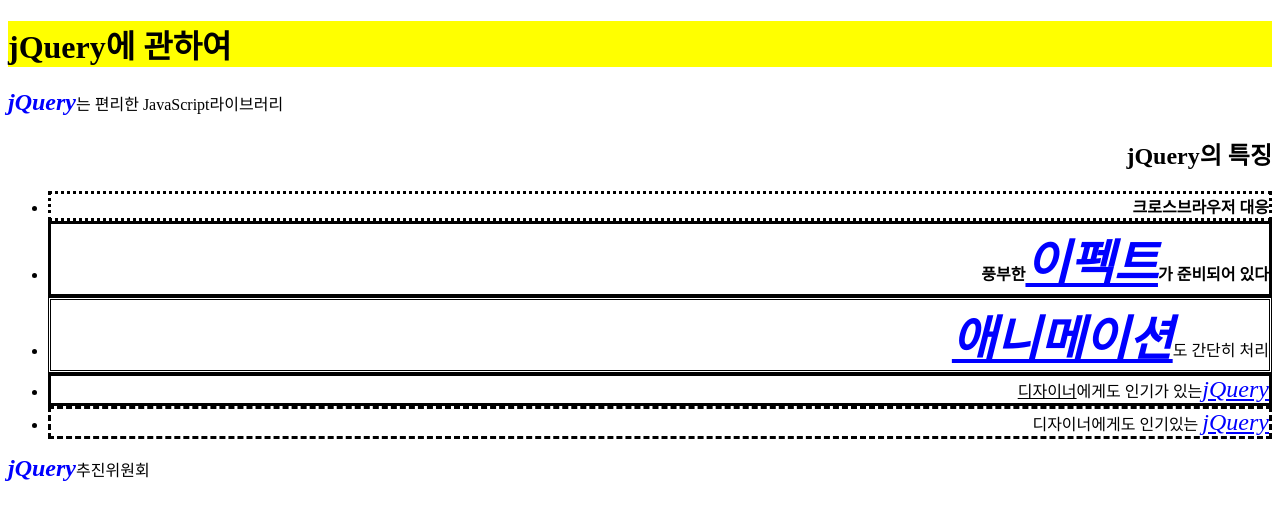
Repository: bluegony/spring_study
Page: jquerytest/src/main/webapp/jquery1.html
These files come from the project's save history. The page is drawn as it stood at one moment and after the next save; the edit follows.
The browser window is 1280 px wide. The pictures show the whole page.
Some web libraries are served in a nearby version.

Above is the page before, as saved 2013-09-04 05:30:07.

### jquerytest/src/main/webapp/jquery1.html


<!--
<!DOCTYPE HTML PUBLIC "-//W3C//DTD HTML 4.01 Transitional//EN"
"http://www.w3.org/TR/html4/loose.dtd">
<html><head>
<meta http-equiv="Content-Script-Type" content="text/javascript">
<meta http-equiv="Content-type" content="text/html; charset=UTF-8">
 -->

<!DOCTYPE html>
<html>
<head>
<meta charset="UTF-8">

<title>jQuery test</title>
<script type="text/javascript"
	src="http://code.jquery.com/jquery-1.6.4.min.js"></script>
<script type="text/javascript">
<!--
	$(function() { // 문서가 load된 후에 실행됨
		//alert("jquery!");

		// 요소 셀렉터
		$("h1").css("background-color", "green");
		$("h1").css("backgroundColor", "yellow");

		// 그룹핑 셀렉터
		$("strong, em").css({
			"font-size" : "150%",
			"font-style" : "italic",
			"color" : "blue"
		});

		// ID셀렉터
		$("div#footer").css("text-align", "right");

		// 클래스 셀렉터
		$("li.myClass").css("font-weight", "bold");

		// 자손셀렉터
		$("ul#list strong").css("font-size", "300%");

		// 유니버설 셀렉터
		$("li *").css("text-decoration", "underline");

		// odd필터
		$("li:odd").css("border", "solid");
		// even필터
		$("li:even").css("border", "double");

		// first필터
		$("li:first").css("border", "dotted");
		// last필터
		$("li:last").css("border", "dashed");

		//contains필터
		$("li:contains('jQuery')").css("text-align", "right");
	});
//-->
</script>
</head>

<body bgcolor="#FFFFFF">

	<div id="header">
		<h1>jQuery에 관하여</h1>
		<p id="description">
			<strong>jQuery</strong>는 편리한 JavaScript라이브러리
		</p>
	</div>

	<div id="footer">
		<h2>jQuery의 특징</h2>
		<ul id="list">
			<li class="myClass">크로스브라우저 대응</li>
			<li class="myClass">풍부한<strong>이펙트</strong>가 준비되어 있다
			</li>
			<li><strong>애니메이션</strong>도 간단히 처리</li>
			<li><span id="mySpan">디자이너</span>에게도 인기가 있는<em>jQuery</em></li>
			<li>디자이너에게도 인기있는 <em>jQuery</em></li>
		</ul>
	</div>

	<div id="footers">
		<p class="myClass">
			<strong>jQuery</strong>추진위원회
		</p>
	</div>

</body>
</html>

After the next save:
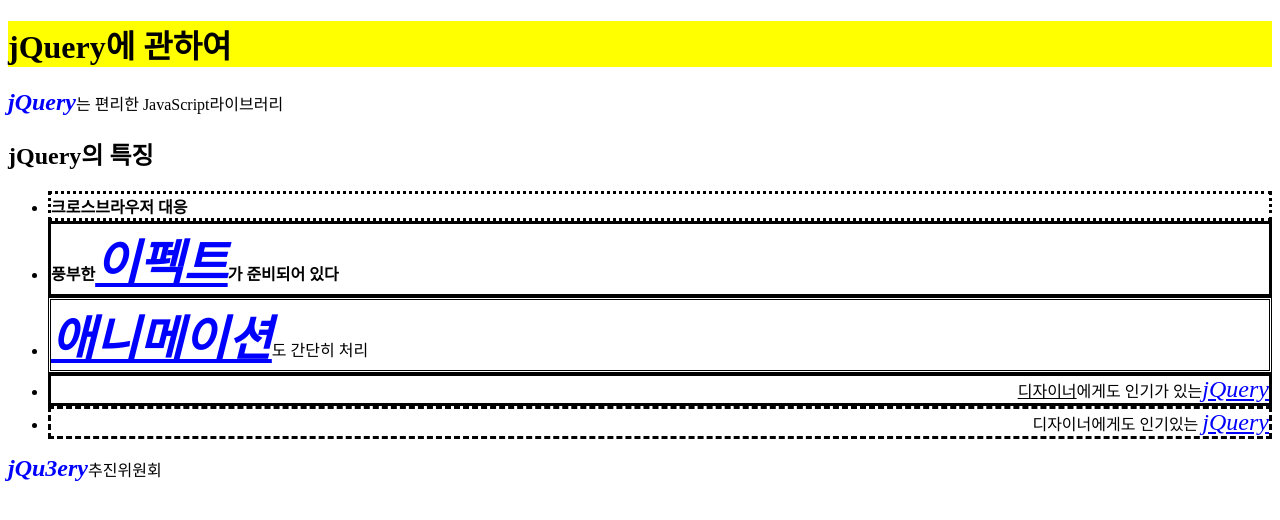
Saved 64 s later.
--- a/jquerytest/src/main/webapp/jquery1.html
+++ b/jquerytest/src/main/webapp/jquery1.html
@@ -33,7 +33,7 @@
 		});
 
 		// ID셀렉터
-		$("div#footer").css("text-align", "right");
+		$("p#footer").css("text-align", "right");
 
 		// 클래스 셀렉터
 		$("li.myClass").css("font-weight", "bold");
@@ -70,7 +70,7 @@
 		</p>
 	</div>
 
-	<div id="footer">
+	<div id="contents">
 		<h2>jQuery의 특징</h2>
 		<ul id="list">
 			<li class="myClass">크로스브라우저 대응</li>
@@ -82,9 +82,9 @@
 		</ul>
 	</div>
 
-	<div id="footers">
+	<div id="footer">
 		<p class="myClass">
-			<strong>jQuery</strong>추진위원회
+			<strong>jQu3ery</strong>추진위원회
 		</p>
 	</div>
 
